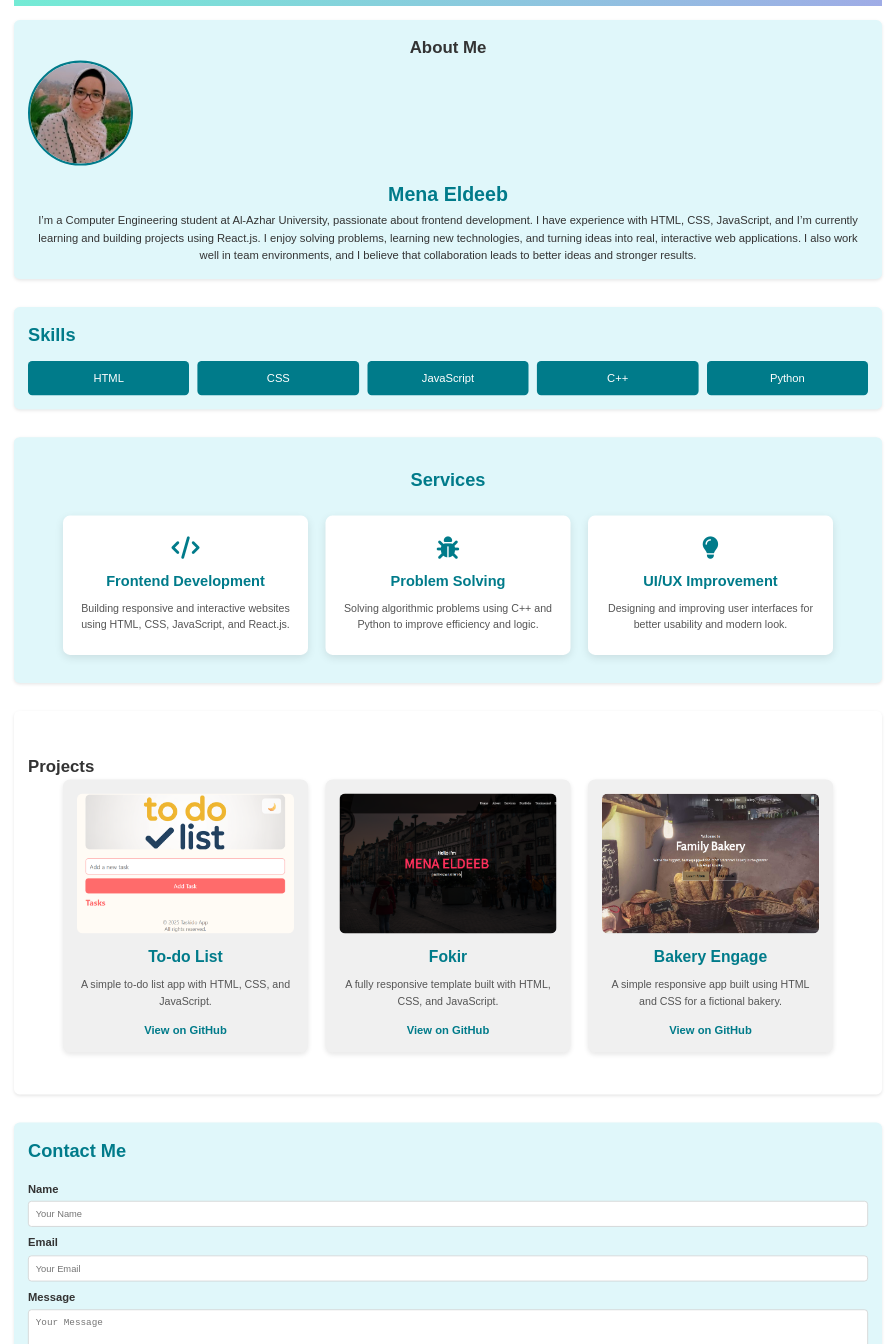
Repository: MenaEldeeb/My-Portfolio
Page: index.html
An editor plug-in stored every save of this project. The page is shown before and after the next save, followed by the edit.
The browser window is 1280 px wide. The pictures show the part of the page from y = 831 to 2751 px (the page is 2958 px tall), at 70% of full size.

Above is the page before, as saved 2025-08-29 13:18:57.

After the next save:
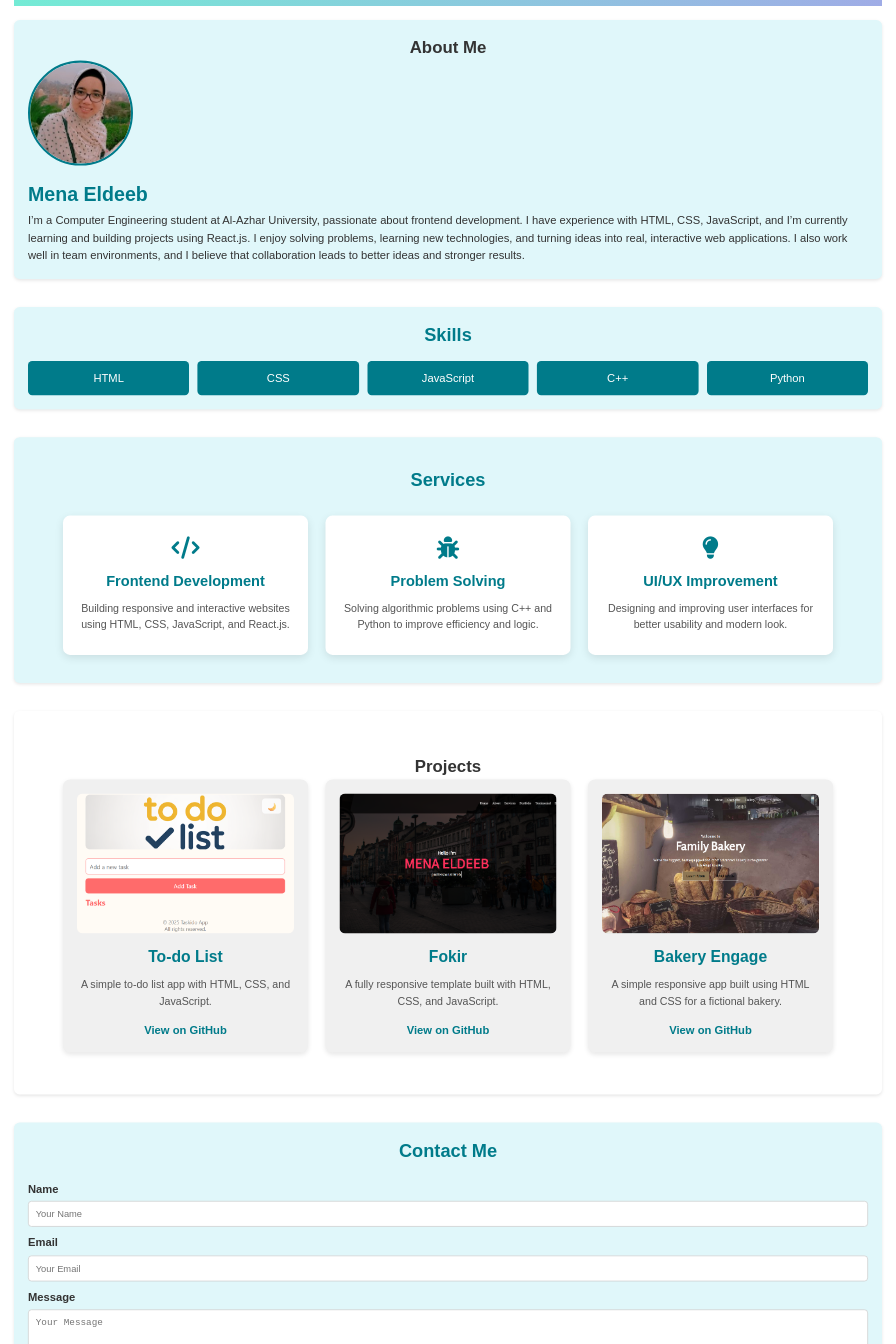
Saved 4 min 32 s later.
--- a/CSS/style.css
+++ b/CSS/style.css
@@ -255,10 +255,16 @@
 body.dark-mode .service-card p {
   color: #ddd;
 
-  }
-      #about,services,projects,projects,skills h2{
-        text-align: center;
-      }
+}
+#about h2,
+#projects h2,
+#services h2,
+#contact h2,
+#skills h2 {
+  text-align: center;
+}
+
+
 
 /* ========== Projects ========== */
 #projects {
